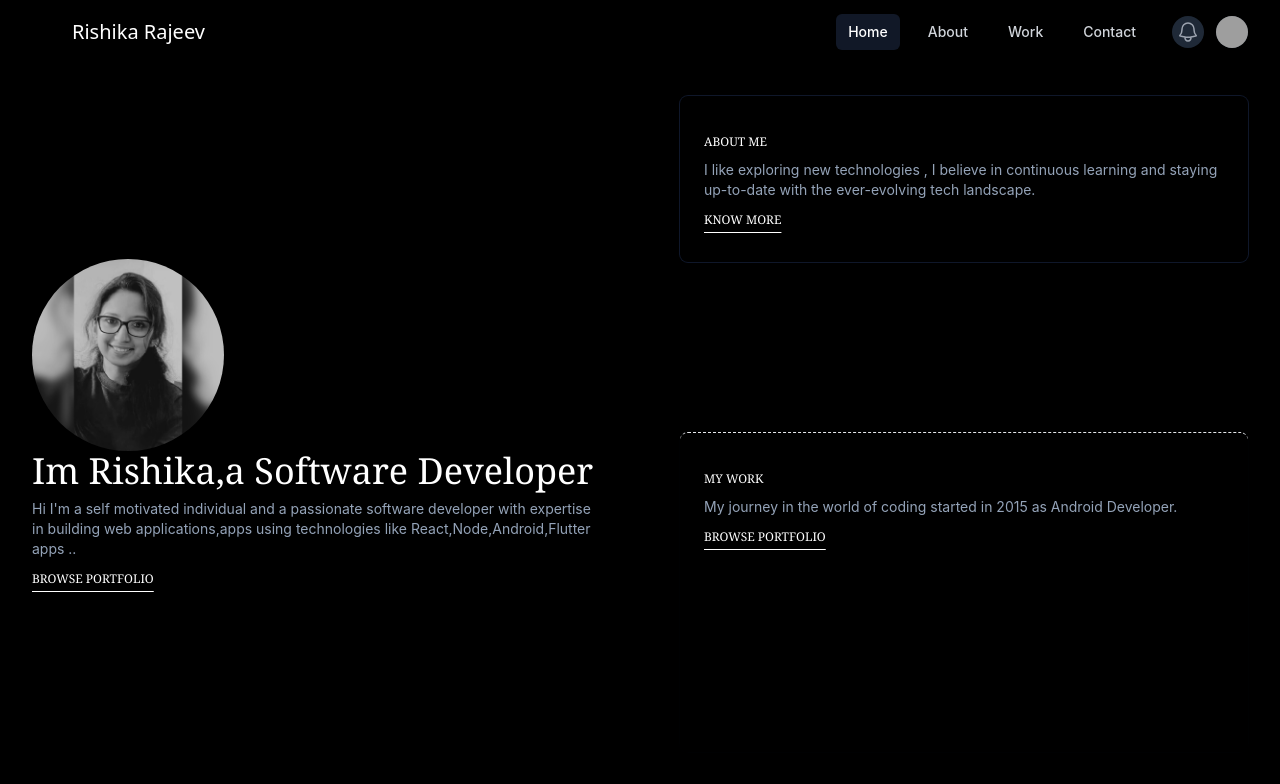
Repository: rishikarajeev/portfolio_rishika
Page: /
These files come from the project's save history. The page is drawn as it stood at one moment and after a run of saves; the edit follows.
The browser window is 1280 px wide. The pictures show the whole page.
Pictures or frames that could not be fetched are drawn as grey boxes. The project was rebuilt for these pictures with package versions that can differ from the ones it lists, and the page was loaded fresh each time. Also part of the build but not shown: src/Pages/About.jsx, src/Pages/Contact.jsx, src/Components/Work.jsx, src/Components/Project.jsx, src/Pages/Mywork.jsx.

Above is the page before, as saved 2023-10-23 18:46:01.

### src/Components/Nav/Nav.jsx
import React from 'react'

function Nav() {
  return (
    <div><nav class="dark:bg-black">
    <div class="mx-auto max-w-7xl px-2 sm:px-6 lg:px-8">
      <div class="relative flex h-16 items-center justify-between">
      <div class="absolute inset-y-0 left-7 flex items-center ">

      <a href="#" class=" text-white  px-3 py-2 text-xl font-medium font-sans" aria-current="page">Rishika Rajeev</a>
        </div>
        <div class="absolute inset-y-0 left-0 flex items-center sm:hidden">

          <button type="button" class="relative inline-flex items-center justify-center rounded-md p-2 text-gray-400 hover:bg-gray-700 hover:text-white focus:outline-none focus:ring-2 focus:ring-inset focus:ring-white" aria-controls="mobile-menu" aria-expanded="false">
            <span class="absolute -inset-0.5"></span>
            <span class="sr-only">Open main menu</span>

            <svg class="block h-6 w-6" fill="none" viewBox="0 0 24 24" stroke-width="1.5" stroke="currentColor" aria-hidden="true">
              <path stroke-linecap="round" stroke-linejoin="round" d="M3.75 6.75h16.5M3.75 12h16.5m-16.5 5.25h16.5" />
            </svg>

            <svg class="hidden h-6 w-6" fill="none" viewBox="0 0 24 24" stroke-width="1.5" stroke="currentColor" aria-hidden="true">
              <path stroke-linecap="round" stroke-linejoin="round" d="M6 18L18 6M6 6l12 12" />
            </svg>
          </button>
        </div>
        <div class="flex flex-1 items-center justify-end sm:items-stretch sm:justify-end">
          {/* <div class="flex flex-shrink-0 items-center">
            <img class="h-8 w-auto" src="https://tailwindui.com/img/logos/mark.svg?color=indigo&shade=500" alt="Your Company"/>
          </div> */}
          <div class="hidden sm:ml-6 sm:block ">
            <div class="flex space-x-4 ">

              <a href="/" class="bg-gray-900 text-white rounded-md px-3 py-2 text-sm font-medium" >Home</a>
              <a href="/about" class="text-gray-300 hover:bg-gray-700 hover:text-white rounded-md px-3 py-2 text-sm font-medium">About</a>
              <a href="/work" class="text-gray-300 hover:bg-gray-700 hover:text-white rounded-md px-3 py-2 text-sm font-medium">Work</a>
              <a href="/contact" class="text-gray-300 hover:bg-gray-700 hover:text-white rounded-md px-3 py-2 text-sm font-medium">Contact</a>
            </div>
          </div>
        </div>
        <div class="absolute inset-y-0 right-0 flex items-center pr-2 sm:static sm:inset-auto sm:ml-6 sm:pr-0">
          <button type="button" class="relative rounded-full bg-gray-800 p-1 text-gray-400 hover:text-white focus:outline-none focus:ring-2 focus:ring-white focus:ring-offset-2 focus:ring-offset-gray-800">
            <span class="absolute -inset-1.5"></span>
            <span class="sr-only">View notifications</span>
            <svg class="h-6 w-6" fill="none" viewBox="0 0 24 24" stroke-width="1.5" stroke="currentColor" aria-hidden="true">
              <path stroke-linecap="round" stroke-linejoin="round" d="M14.857 17.082a23.848 23.848 0 005.454-1.31A8.967 8.967 0 0118 9.75v-.7V9A6 6 0 006 9v.75a8.967 8.967 0 01-2.312 6.022c1.733.64 3.56 1.085 5.455 1.31m5.714 0a24.255 24.255 0 01-5.714 0m5.714 0a3 3 0 11-5.714 0" />
            </svg>
          </button>


          <div class="relative ml-3">
            <div>
              <button type="button" class="relative flex rounded-full bg-gray-800 text-sm focus:outline-none focus:ring-2 focus:ring-white focus:ring-offset-2 focus:ring-offset-gray-800" id="user-menu-button" aria-expanded="false" aria-haspopup="true">
                <span class="absolute -inset-1.5"></span>
                <span class="sr-only">Open user menu</span>
                <img class="h-8 w-8 rounded-full" src="../../Images/WhatsApp Image 2023-10-03 at 11.58.19 AM.jpeg" alt=""/>
              </button>
            </div>

          </div>
        </div>
      </div>
    </div>


    <div class="sm:hidden" id="mobile-menu">
      <div class="space-y-1 px-2 pb-3 pt-2">

        <a href="/" class="bg-gray-900 text-white block rounded-md px-3 py-2 text-base font-medium" aria-current="page">Home</a>
        <a href="/about" class="text-gray-300 hover:bg-gray-700 hover:text-white block rounded-md px-3 py-2 text-base font-medium">About</a>
        <a href="/work" class="text-gray-300 hover:bg-gray-700 hover:text-white block rounded-md px-3 py-2 text-base font-medium">Work</a>
        <a href="/contact" class="text-gray-300 hover:bg-gray-700 hover:text-white block rounded-md px-3 py-2 text-base font-medium">Contact</a>
      </div>
    </div>
  </nav>
  </div>
  )
}

export default Nav

### src/Pages/Home.jsx
import React from 'react'

import Nav from '../Components/Nav/Nav';
import img from "../Images/profile.jpeg"
import { Link } from 'react-router-dom';

function Home() {
  return (
    <div className="App" class="dark md:bg-black ">
    <Nav />
    <div class="grid grid-cols-1 md:grid-cols-2 h-screen dark dark:bg-black gap-4  ">
      <div class="grid grid-cols-1 justify-center items-center m-8 ">
        <div class="md:w-full dark:bg-black rounded-lg   shadow-xl  ">
          <div class=" md:grid md:grid-rows-1  ">
            <div class="">
              <img
                class="h-48 w-full object-cover md:h-full md:w-48 rounded-full bg-gray-800 text-sm focus:outline-none focus:ring-2"
                src={img}

              />
            </div>
          </div>
          <Link to="/work">
          <div>
            <label class="text-4xl dark:text-white font-serif">
              Im Rishika,a Software Developer
            </label>
          </div>
          </Link>
          <p class="text-slate-400 dark:text-slate-400 mt-2 text-sm mb-1.5">
          Hi I'm a self motivated individual and a passionate software developer
           with expertise in building web applications,apps using technologies like React,Node,Android,Flutter apps ..

          </p>
          <label class="  text-xs underline underline-offset-8 font-serif dark:text-white">
            BROWSE PORTFOLIO
          </label>
        </div>
      </div>
      <div class=" md:grid md:grid-rows-2 md:gap-4 divide-y divide-dashed dark dark:bg-black m-8">

      <Link to="/about">
        <div class=" dark:dark:bg-black rounded-lg px-6 py-8 ring-1 ring-slate-900 shadow-xl">

          <div>
            <label class=" dark:text-white text-xs font-serif">
              ABOUT ME
            </label>
          </div>

          <p class=" dark:text-slate-400 mt-2 text-sm mb-1.5">
          I like exploring new technologies , I believe in continuous learning and staying up-to-date with the ever-evolving tech landscape.

          </p>

          <label class="  text-xs underline underline-offset-8 font-serif dark:text-white">
            KNOW MORE
          </label>

        </div>
        </Link>
        <div class=" dark:dark:bg-black rounded-lg px-6 py-8 ring-1 ring-slate-900/5 shadow-xl">
          <div>
            <label class=" dark:text-white text-xl font-serif text-xs">
              {" "}
              MY WORK
            </label>
          </div>

          <p class=" dark:text-slate-400 mt-2 text-sm mb-1.5">
          My journey in the world of coding started in 2015 as Android Developer.
          </p>
          <label class="  text-xs underline underline-offset-8 font-serif dark:text-white">
            BROWSE PORTFOLIO
          </label>
        </div>
      </div>
    </div>
      </div>
  )
}

export default Home

### tailwind.config.js
/** @type {import('tailwindcss').Config} */
module.exports = {
  content: ["./src/**/*.{html,js,jsx}"],
  theme: {
    extend: {},
  },
  darkMode: 'class',
  plugins: [],
}

Loaded but not shown: public/index.html (common file); src/index.js (common file); src/index.css (common file); src/App.js (common file); src/reportWebVitals.js (common file); src/App.css (common file)

After the next 5 saves:
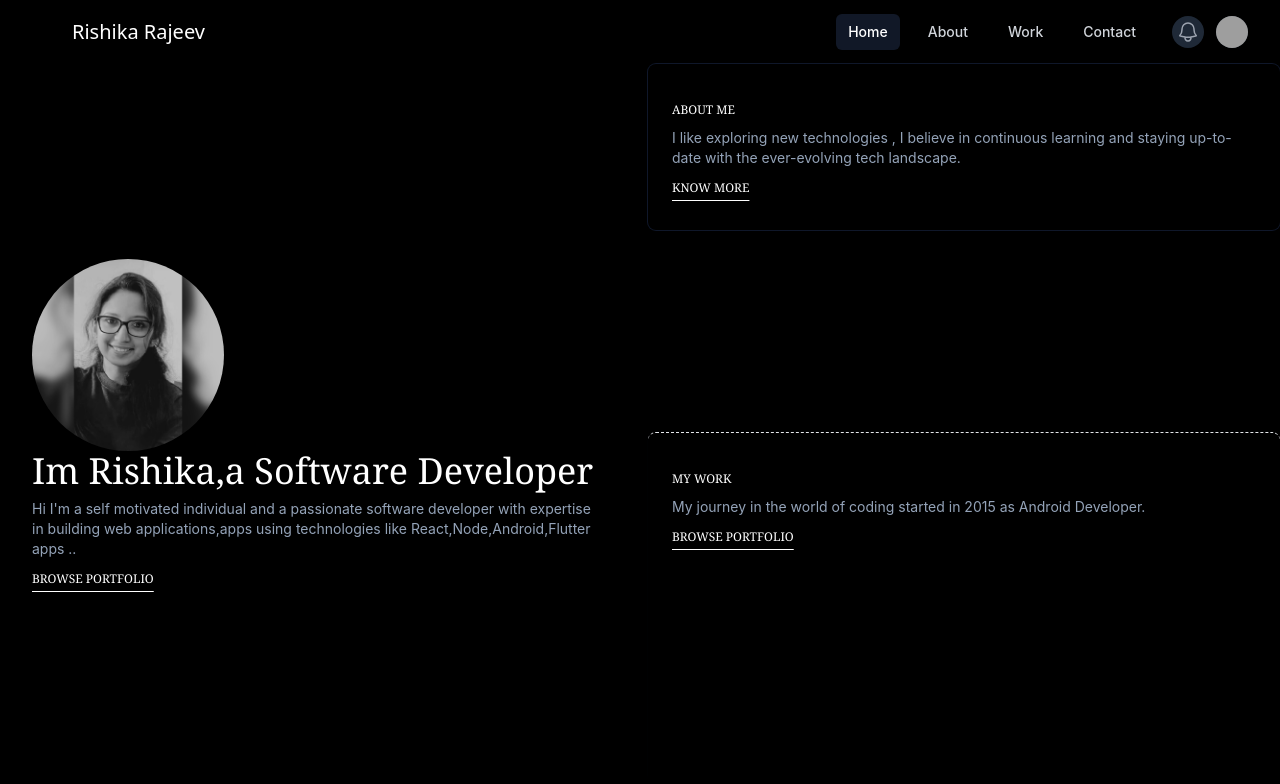
The 5 saves are shown as one change because they came seconds apart.
The last was saved 2 min 26 s later.
--- a/src/Pages/Home.jsx
+++ b/src/Pages/Home.jsx
@@ -37,7 +37,7 @@ function Home() {
           </label>
         </div>
       </div>
-      <div class=" md:grid md:grid-rows-2 md:gap-4 divide-y divide-dashed dark dark:bg-black m-8">
+      <div class=" md:grid md:grid-rows-2 md:gap-4 divide-y divide-dashed dark dark:bg-black gap-4">
 
       <Link to="/about">
         <div class=" dark:dark:bg-black rounded-lg px-6 py-8 ring-1 ring-slate-900 shadow-xl">
